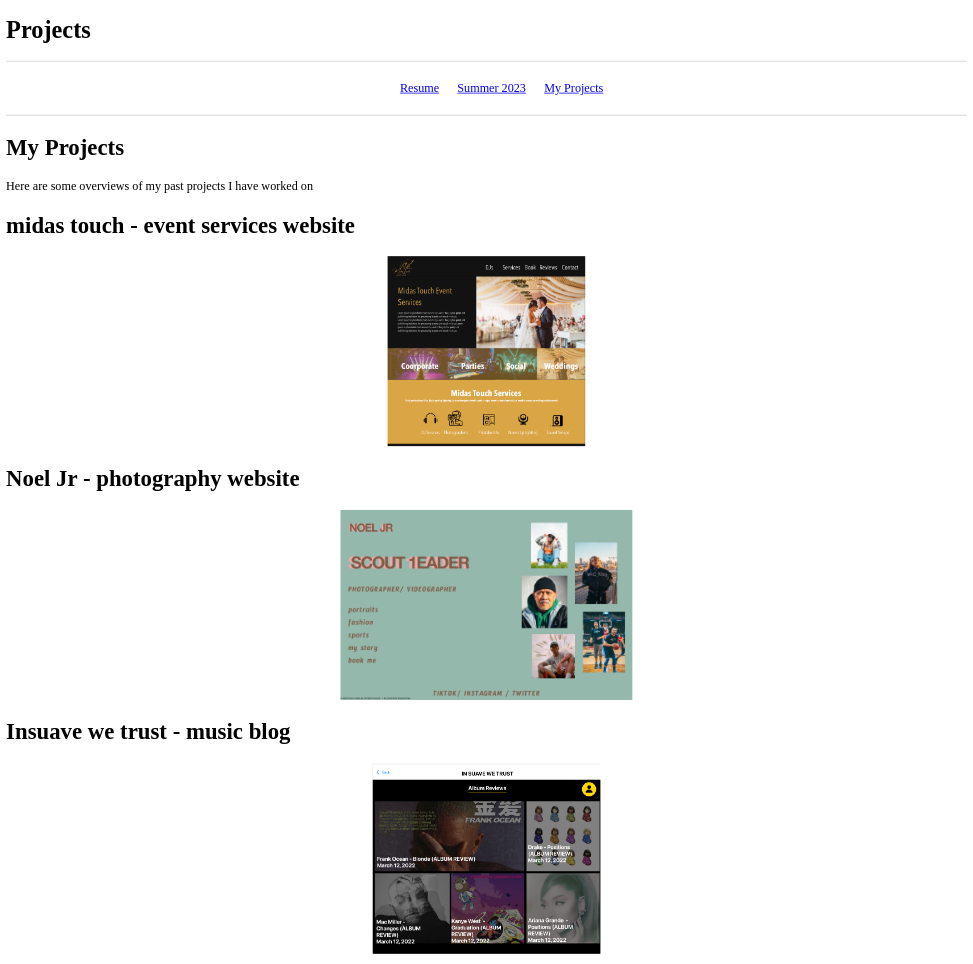
Repository: kayacancode/itm361project1
Page: projects.html
The author's editor kept a copy of each file at every save. The page is drawn from the files as they stood at one save, then again after the next save.
The browser window is 1280 px wide. The pictures show the whole page, at 76% of full size.
Some web fonts or font styles are not loaded; a fallback is used.

Above is the page before, as saved 2023-03-03 18:40:14.

### projects.html
<!DOCTYPE html>
<html lang="en">
  <head>
    <meta charset="UTF-8" />
    <meta http-equiv="X-UA-Compatible" content="IE=edge" />
    <meta name="viewport" content="width=device-width, initial-scale=1.0" />
    <title>My Projects</title>
    <link rel="stylesheet" href="css/style.css" />

  </head>
  <header>
    <h1>Projects</h1>

    <nav>
      <ul>
        <li><a href="index.html">Resume</a></li>
        <li><a href="summer2023.html">Summer 2023</a></li>
        <li><a href="projects.html">My Projects</a></li>
      </ul>
    </nav>
  </header>

  <h2>My Projects</h2>
  <p>Here are some overviews of my past projects I have worked on</p>
 <div class="websites">
  <section>
  <h2>midas touch - event services website</h2>
  <img
    src="images/midastouchevent.png"
    alt="event services "

  />
</section>
<section>
  <h2>Noel Jr - photography website</h2>
  <img src="images/noeljr.png" alt="photography"  />
  <h2>Insuave we trust - music blog</h2>
  <img src="images/insuave.png" alt="music blog"  />
</section>
</div>
</html>

### css/style.css
@import url("https://fonts.googleapis.com/css2?family=Tilt+Warp&display=swap");

ul{
    list-style-type: none;
}

nav{
    border:1px solid #ccc;
    border-width:1px 0;
    list-style:none;
    margin:0;
    padding:0;
    text-align:center;
}
nav li{
    display:inline;
}
nav a{
    display:inline-block;
    padding:10px;
}

h1{
    font-family: "Tilt Warp", cursive;

}
h2{
    font-size: 30px;
    font-family: "Tilt Warp", cursive;

}

.websites img{
    display: block;
    margin-left: auto;
    margin-right: auto;
    max-width: 50%;
    height: 250px;
}

After the next save:
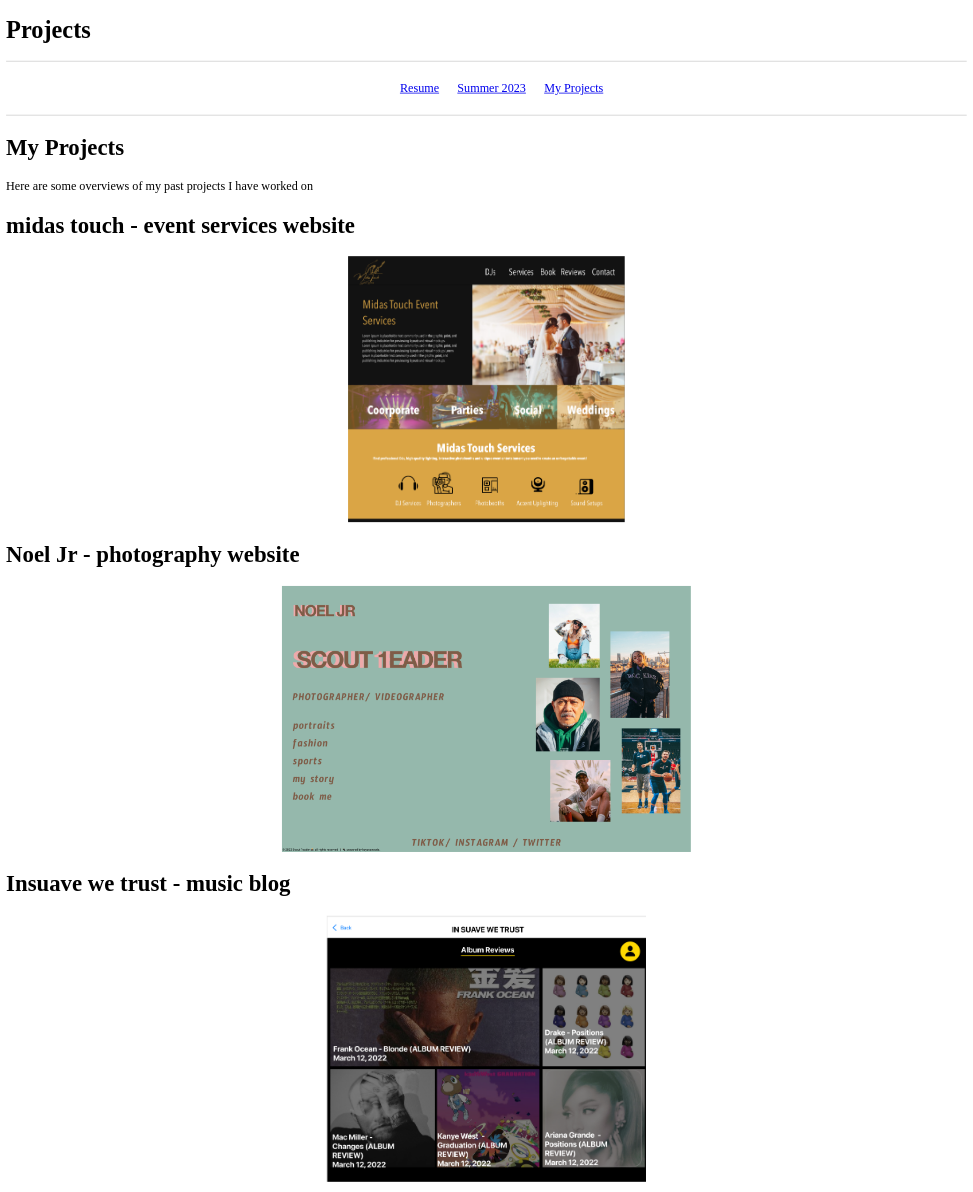
Saved 15 s later.
--- a/css/style.css
+++ b/css/style.css
@@ -35,5 +35,5 @@
     margin-left: auto;
     margin-right: auto;
     max-width: 50%;
-    height: 250px;
+    height: 350px;
 }
